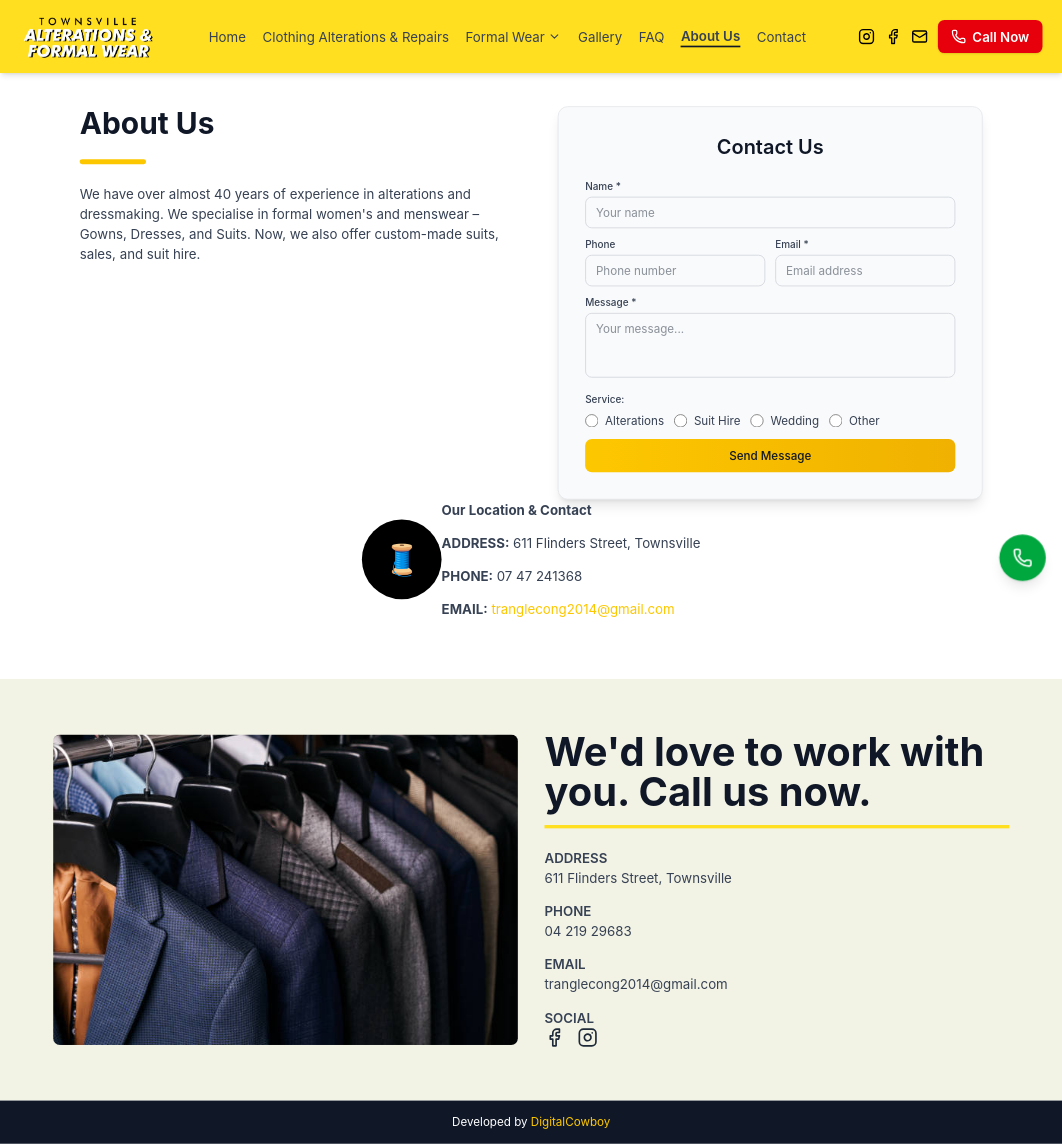
Repository: tarekhasan1/townsville-alteration
Page: /about-us
The author's editor kept a copy of each file at every save. The page is drawn from the files as they stood at one save, then again after the next save.
The browser window is 1280 px wide. The pictures show the whole page, at 83% of full size.
The page's requests for data from a server got no answer. The project was rebuilt for these pictures with package versions that can differ from the ones it lists, and the page was loaded fresh each time. The framework's server and built-in components were replaced by stand-ins that run in the browser. No one was signed in, and anything a server would have sent is missing. Also part of the build but not shown: next.config.ts.

Above is the page before, as saved 2026-01-31 15:59:13.

### src/app/layout.tsx
import type { Metadata } from "next";
import Script from "next/script";
import "./globals.css";
import LayoutShell from "@/components/LayoutShell";
import FloatingCallButton from "@/components/FloatingCallButton";
import AnalyticsTracker from "@/components/AnalyticsTracker";

export const metadata: Metadata = {
  title: "Townsville Alterations and Formal Wear | Tailoring, Suit Hire, Alterations",
  description:
    "Townsville Alterations and Formal Wear - Reinvent Your Wardrobe. Hire or tailor-make outfits that turn heads. Expert suit hire, bridal alterations, and tailoring in Townsville.",
  keywords:
    "Townsville Tailoring, Formal Wear Townsville, Suit Hire, Alterations, Wedding Dress Alterations, Custom Tailoring",
  authors: [{ name: "Townsville Alterations & Formal Wear" }],
  creator: "Townsville Alterations & Formal Wear",
  publisher: "Townsville Alterations & Formal Wear",
  robots: "index, follow",
  icons: "/logo.png",
};

export default function RootLayout({
  children,
}: {
  children: React.ReactNode;
}) {
  return (
    <html lang="en">
      <head>
        {/* Google Tag Manager */}
        <Script
          id="gtm-script"
          strategy="afterInteractive"
          dangerouslySetInnerHTML={{
            __html: `
              (function(w,d,s,l,i){w[l]=w[l]||[];
              w[l].push({'gtm.start': new Date().getTime(),event:'gtm.js'});
              var f=d.getElementsByTagName(s)[0],
              j=d.createElement(s),dl=l!='dataLayer'?'&l='+l:'';
              j.async=true;j.src=
              'https://www.googletagmanager.com/gtm.js?id='+i+dl;
              f.parentNode.insertBefore(j,f);
              })(window,document,'script','dataLayer','GTM-WH7KD8GK');
            `,
          }}
        />
        {/* End Google Tag Manager */}
      </head>

      <body>
        {/* Google Tag Manager (noscript) */}
        <noscript>
          <iframe
            src="https://www.googletagmanager.com/ns.html?id=GTM-WH7KD8GK"
            height="0"
            width="0"
            style={{ display: "none", visibility: "hidden" }}
          />
        </noscript>
        {/* End Google Tag Manager (noscript) */}
        <AnalyticsTracker />

        <LayoutShell>{children}</LayoutShell>

        {/* Global Floating Call Button */}
        <FloatingCallButton />
      </body>
    </html>
  );
}

### src/app/about-us/page.tsx
import AboutUsSection from '@/components/AboutUsSection';
import React from 'react';

const page = () => {
    return (
        <div className='pt-[80px]'>
            <AboutUsSection/>
        </div>
    );
};

export default page;

### src/app/globals.css
@import "tailwindcss";

:root {
  --background: #ffffff;
  --foreground: #171717;
}

body {
  font-family: 'Inter', sans-serif;
  margin: 0;
  padding: 0;
}

### src/components/LayoutShell.tsx
// components/LayoutShell.tsx
'use client';

import { usePathname } from 'next/navigation';
import Navbar from '@/components/Navbar';
import ContactSection from '@/components/ContactSection';
import DevelopedBy from '@/components/DevelopedBy';

export default function LayoutShell({ children }: { children: React.ReactNode }) {
  const pathname = usePathname();
  const isAdminRoute = pathname.startsWith('/admin');

  return (
    <>
      {!isAdminRoute && <Navbar />}
      {children}
      {!isAdminRoute && (
        <>
          <ContactSection />
          <DevelopedBy />
        </>
      )}
    </>
  );
}

### src/components/FloatingCallButton.tsx
'use client';

import { Phone } from 'lucide-react';

export default function FloatingCallButton() {
  return (
    <a
      href="tel:0421929683" // <-- replace with real number
      aria-label="Call us now"
      className="
        fixed
        bottom-5
        right-5
        z-50
        flex
        items-center
        justify-center
        w-14
        h-14
        rounded-full
        bg-green-600
        text-white
        shadow-lg
        hover:bg-green-700
        active:scale-95
        transition
      "
    >
      <Phone className="w-6 h-6" />
    </a>
  );
}

### src/components/AnalyticsTracker.tsx
/* eslint-disable @typescript-eslint/no-explicit-any */
"use client";

import { usePathname } from "next/navigation";
import { useEffect } from "react";

declare global {
  interface Window {
    dataLayer: any[];
  }
}

export default function AnalyticsTracker() {
  const pathname = usePathname();

  useEffect(() => {
    if (typeof window === "undefined") return;
    if (!window.dataLayer) return;

    window.dataLayer.push({
      event: "pageview",
      page_path: pathname,
    });
  }, [pathname]);

  return null;
}

### src/components/AboutUsSection.tsx
/* eslint-disable react/no-unescaped-entities */
'use client';

import ContactForm from '@/components/ContactForm'; // Import the form

export default function AboutUsSection() {
    return (
        <section className="bg-white py-12 px-6 md:px-12 lg:px-24 text-gray-800">
            <div className="max-w-7xl mx-auto">
                <div className="flex flex-col lg:flex-row gap-10 lg:gap-16 items-start">
                    {/* Left Column - About Us Content */}
                    <div className="lg:w-1/2">
                        <div className="text-center lg:text-left">
                            <h2 className="text-3xl md:text-4xl font-bold text-gray-900 mb-4">About Us</h2>
                            <hr className="w-20 border-yellow-400 border-[3px] lg:mx-0 my-6 rounded-full mx-auto" />
                            <p className="text-gray-700 mb-6">
                                We have over almost 40 years of experience in alterations and dressmaking. We specialise in formal
                                women's and menswear – Gowns, Dresses, and Suits. Now, we also offer custom-made suits, sales, and suit hire.
                            </p>
                        </div>
                    </div>

                    {/* Right Column - Contact Form */}
                    <div className="lg:w-1/2 flex items-center justify-center w-full">
                        <div className="bg-gray-50 p-6 md:p-8 rounded-xl shadow-lg border border-gray-200">
                            <ContactForm />
                        </div>
                    </div>
                </div>
                <div className='flex items-center w-full justify-center mx-auto mb-6'>
                    <div className="flex lg:justify-start justify-center">
                                <div className="w-24 h-24 bg-black rounded-full flex items-center justify-center">
                                    <span className="text-white text-4xl">🧵</span>
                                </div>
                            </div>

                            <div className="text-gray-700 space-y-4">
                                <h3 className="font-bold">Our Location & Contact</h3>
                                <p><strong>ADDRESS:</strong> 611 Flinders Street, Townsville</p>
                                <p><strong>PHONE:</strong> 07 47 241368</p>
                                <a href='mailto:tranglecong2014@gmail.com' className="block hover:text-yellow-600 transition-colors">
                                    <strong>EMAIL:</strong> <span className="text-yellow-400">tranglecong2014@gmail.com</span>
                                </a>
                            </div>
                </div>
            </div>
        </section>
    );
}

### src/components/ContactSection.tsx
'use client';

import Image from 'next/image';
import { Facebook, Instagram } from 'lucide-react';

export default function ContactSection() {
  return (
    <footer
      id="contact"
      aria-labelledby="contact-us"
      className="bg-[#f2f2e5] p-8 md:p-12 lg:p-16"
    >
      <div className="mx-auto grid grid-cols-1 md:grid-cols-2 gap-8 items-center">
        <div className="w-full h-auto relative">
          <Image
            src="/tailored-suit.jpg"
            alt="Tailored suits on hangers"
            width={600}
            height={400}
            className="rounded-lg"
            priority
          />
        </div>
        <div className="space-y-6 text-center md:text-left">
          <h2
            id="contact-us"
            className="text-4xl md:text-5xl font-bold text-gray-900 mb-4"
          >
            We&apos;d love to work with you. Call us now.
          </h2>
          <hr className="border-yellow-300 border-[2px]" />
          <div className="space-y-4 text-gray-700">
            <div>
              <h3 className="font-semibold">ADDRESS</h3>
              <p>611 Flinders Street, Townsville</p>
            </div>
            <div>
              <h3 className="font-semibold">PHONE</h3>
              <p>04 219 29683</p>
            </div>
            <div>
              <h3 className="font-semibold">EMAIL</h3>
              <p>
                <a
                  href="mailto:tranglecong2014@gmail.com"
                  className="hover:text-gray-600"
                  aria-label="Email us at sales@tsvalterationsandformalwear.com"
                >
                  tranglecong2014@gmail.com
                </a>
              </p>
            </div>
            <div>
              <h3 className="font-semibold">SOCIAL</h3>
              <div className="flex justify-center md:justify-start space-x-4 text-xl">
                <a
                  target="_blank"
                  href="https://www.facebook.com/DressmakingAlterationsTownsville"
                  aria-label="Facebook - Townsville Alterations and Formal Wear"
                  className="text-gray-800 hover:text-gray-600"
                >
                  <Facebook size={24} />
                </a>
                <a
                  target="_blank"
                  href="https://www.instagram.com/tsvalterationformal?igsh=bXJkaXp3eXN4Yml2"
                  aria-label="Instagram - Townsville Alterations and Formal Wear"
                  className="text-gray-800 hover:text-gray-600"
                >
                  <Instagram size={24} />
                </a>
              </div>
            </div>
          </div>
        </div>
      </div>
    </footer>
  );
}

### src/components/DevelopedBy.tsx
// components/DevelopedBy.js

import React from 'react';

const DevelopedBy = () => {
  return (
    <footer className="bg-gray-900 text-white text-center py-4">
      <p className="text-sm">
        Developed by{' '}
        <a
          href="https://digitalcowboy.com.au"
          className="text-yellow-400 hover:underline"
          target="_blank"
          rel="noopener noreferrer"
        >
          DigitalCowboy
        </a>
      </p>
    </footer>
  );
};

export default DevelopedBy;

### actions/contact.action.ts
/* eslint-disable @typescript-eslint/no-explicit-any */
/* eslint-disable @typescript-eslint/no-unused-vars */
// lib/contact.actions.ts
'use client';

import {
  collection,
  addDoc,
  getDocs,
  query,
  orderBy,
  where,
  Timestamp,
  updateDoc,
  doc,
  deleteDoc,
  DocumentData,
  QuerySnapshot,
  QueryDocumentSnapshot
} from "firebase/firestore";
import { db } from "@/firebase/config";

export interface ContactMessage {
  id?: string;
  name: string;
  email: string;
  phone: string;
  message: string;
  service?: string;
  status: 'new' | 'responded' | 'archived';
  createdAt: Date;
  respondedAt?: Date;
  adminNotes?: string;
  adminResponder?: string;
}

export interface SubmitContactFormData {
  name: string;
  email: string;
  phone: string;
  message: string;
  service?: string;
}

export interface SubmitResult {
  success: boolean;
  messageId?: string;
  error?: string;
}

export interface FetchMessagesResult {
  messages: ContactMessage[];
  total: number;
}

export interface UpdateMessageData {
  status?: 'new' | 'responded' | 'archived';
  adminNotes?: string;
  adminResponder?: string;
}

// Submit contact form data to database
export const submitContactForm = async (data: SubmitContactFormData): Promise<SubmitResult> => {
  try {
    const messagesRef = collection(db, 'messages');

    const messageData = {
      name: data.name.trim(),
      email: data.email.trim(),
      phone: data.phone?.trim() || '',
      message: data.message.trim(),
      service: data.service?.toLowerCase() || '',
      status: 'new' as const,
      createdAt: Timestamp.now(),
      respondedAt: null,
      adminNotes: '',
      adminResponder: ''
    };

    const docRef = await addDoc(messagesRef, messageData);

    return {
      success: true,
      messageId: docRef.id
    };
  } catch (error) {
    console.error('Error submitting contact form:', error);
    return {
      success: false,
      error: error instanceof Error ? error.message : 'Failed to submit form'
    };
  }
};

// Fetch all messages with optional filtering and sorting
export const fetchMessages = async (
  status?: ContactMessage['status'],
  limit?: number,
  sortBy: 'createdAt' | 'name' = 'createdAt',
  sortOrder: 'asc' | 'desc' = 'desc'
): Promise<FetchMessagesResult> => {
  try {
    const messagesRef = collection(db, 'messages');
    let q = query(messagesRef, orderBy(sortBy, sortOrder));

    if (status) {
      q = query(messagesRef, where('status', '==', status), orderBy(sortBy, sortOrder));
    }

    const snapshot = await getDocs(q);
    let messages = snapshot.docs.map(doc => {
      const data = doc.data();
      return {
        id: doc.id,
        name: data.name,
        email: data.email,
        phone: data.phone,
        message: data.message,
        service: data.service,
        status: data.status,
        createdAt: data.createdAt?.toDate() || new Date(),
        respondedAt: data.respondedAt?.toDate(),
        adminNotes: data.adminNotes,
        adminResponder: data.adminResponder
      };
    });

    if (limit) {
      messages = messages.slice(0, limit);
    }

    return {
      messages,
      total: snapshot.size
    };
  } catch (error) {
    console.error('Error fetching messages:', error);
    throw new Error('Failed to fetch messages');
  }
};

// Fetch a single message by ID
export const fetchMessageById = async (id: string): Promise<ContactMessage | null> => {
  try {
    const messagesRef = collection(db, 'messages');
    const q = query(messagesRef, where('__name__', '==', id));
    const snapshot = await getDocs(q);

    if (snapshot.empty) {
      return null;
    }

    const doc = snapshot.docs[0];
    const data = doc.data();

    return {
      id: doc.id,
      name: data.name,
      email: data.email,
      phone: data.phone,
      message: data.message,
      service: data.service,
      status: data.status,
      createdAt: data.createdAt?.toDate() || new Date(),
      respondedAt: data.respondedAt?.toDate(),
      adminNotes: data.adminNotes,
      adminResponder: data.adminResponder
    };
  } catch (error) {
    console.error('Error fetching message:', error);
    throw new Error('Failed to fetch message');
  }
};

// Update message (admin response)
export const updateMessage = async (
  messageId: string,
  updateData: UpdateMessageData
): Promise<boolean> => {
  try {
    const messageRef = doc(db, 'messages', messageId);

    const updateObject: any = {};

    if (updateData.status) {
      updateObject.status = updateData.status;
      if (updateData.status === 'responded') {
        updateObject.respondedAt = Timestamp.now();
      }
    }

    if (updateData.adminNotes !== undefined) {
      updateObject.adminNotes = updateData.adminNotes;
    }

    if (updateData.adminResponder !== undefined) {
      updateObject.adminResponder = updateData.adminResponder;
    }

    await updateDoc(messageRef, updateObject);
    return true;
  } catch (error) {
    console.error('Error updating message:', error);
    throw new Error('Failed to update message');
  }
};

// Mark message as responded
export const markAsResponded = async (
  messageId: string,
  adminName: string,
  adminNotes?: string
): Promise<boolean> => {
  try {
    const messageRef = doc(db, 'messages', messageId);

    await updateDoc(messageRef, {
      status: 'responded',
      respondedAt: Timestamp.now(),
      adminResponder: adminName,
      adminNotes: adminNotes || ''
    });

    return true;
  } catch (error) {
    console.error('Error marking message as responded:', error);
    throw new Error('Failed to mark message as responded');
  }
};

// Delete message
export const deleteMessage = async (messageId: string): Promise<boolean> => {
  try {
    const messageRef = doc(db, 'messages', messageId);
    await deleteDoc(messageRef);
    return true;
  } catch (error) {
    console.error('Error deleting message:', error);
    throw new Error('Failed to delete message');
  }
};

// Archive message
export const archiveMessage = async (messageId: string): Promise<boolean> => {
  try {
    return await updateMessage(messageId, { status: 'archived' });
  } catch (error) {
    console.error('Error archiving message:', error);
    throw new Error('Failed to archive message');
  }
};

// Get message statistics
export const getMessageStats = async (): Promise<{
  total: number;
  new: number;
  responded: number;
  archived: number;
}> => {
  try {
    const messagesRef = collection(db, 'messages');
    const snapshot = await getDocs(messagesRef);

    const stats = {
      total: 0,
      new: 0,
      responded: 0,
      archived: 0
    };

    snapshot.forEach(doc => {
      const data = doc.data();
      stats.total++;

      switch (data.status) {
        case 'new':
          stats.new++;
          break;
        case 'responded':
          stats.responded++;
          break;
        case 'archived':
          stats.archived++;
          break;
      }
    });

    return stats;
  } catch (error) {
    console.error('Error fetching message stats:', error);
    throw new Error('Failed to fetch message statistics');
  }
};

// Search messages by name or email
export const searchMessages = async (searchTerm: string): Promise<ContactMessage[]> => {
  try {
    // Note: Firestore doesn't support OR queries directly with different fields
    // We'll fetch all and filter client-side for small datasets
    // For larger datasets, consider using a search index like Algolia

    const messagesRef = collection(db, 'messages');
    const snapshot = await getDocs(messagesRef);

    const searchLower = searchTerm.toLowerCase();

    const messages = snapshot.docs
      .map(doc => {
        const data = doc.data();
        return {
          id: doc.id,
          name: data.name,
          email: data.email,
          phone: data.phone,
          message: data.message,
          service: data.service,
          status: data.status,
          createdAt: data.createdAt?.toDate() || new Date(),
          respondedAt: data.respondedAt?.toDate(),
          adminNotes: data.adminNotes,
          adminResponder: data.adminResponder
        };
      })
      .filter(message =>
        message.name.toLowerCase().includes(searchLower) ||
        message.email.toLowerCase().includes(searchLower) ||
        message.message.toLowerCase().includes(searchLower)
      );

    return messages;
  } catch (error) {
    console.error('Error searching messages:', error);
    throw new Error('Failed to search messages');
  }
};

### src/firebase/config.ts
// Import the functions you need from the SDKs you need
import { initializeApp } from "firebase/app";
import { getFirestore } from 'firebase/firestore';
import { getStorage } from 'firebase/storage';
// TODO: Add SDKs for Firebase products that you want to use
// https://firebase.google.com/docs/web/setup#available-libraries

// Your web app's Firebase configuration
const firebaseConfig = {
  apiKey: process.env.NEXT_PUBLIC_FIREBASE_API_KEY,
  authDomain: process.env.NEXT_PUBLIC_FIREBASE_AUTH_DOMAIN,
  projectId: process.env.NEXT_PUBLIC_FIREBASE_PROJECT_ID,
  storageBucket: process.env.NEXT_PUBLIC_FIREBASE_STORAGE_BUCKET,
  messagingSenderId: process.env.NEXT_PUBLIC_FIREBASE_MESSAGING_SENDER_ID,
  appId: process.env.NEXT_PUBLIC_FIREBASE_APP_ID
};

// Initialize Firebase
const app = initializeApp(firebaseConfig);
export const db = getFirestore(app);
export const storage = getStorage(app);

Loaded but not shown: src/components/ContactForm.tsx (255 lines, source omitted); src/components/Navbar.tsx (201 lines, source omitted)

After the next save:
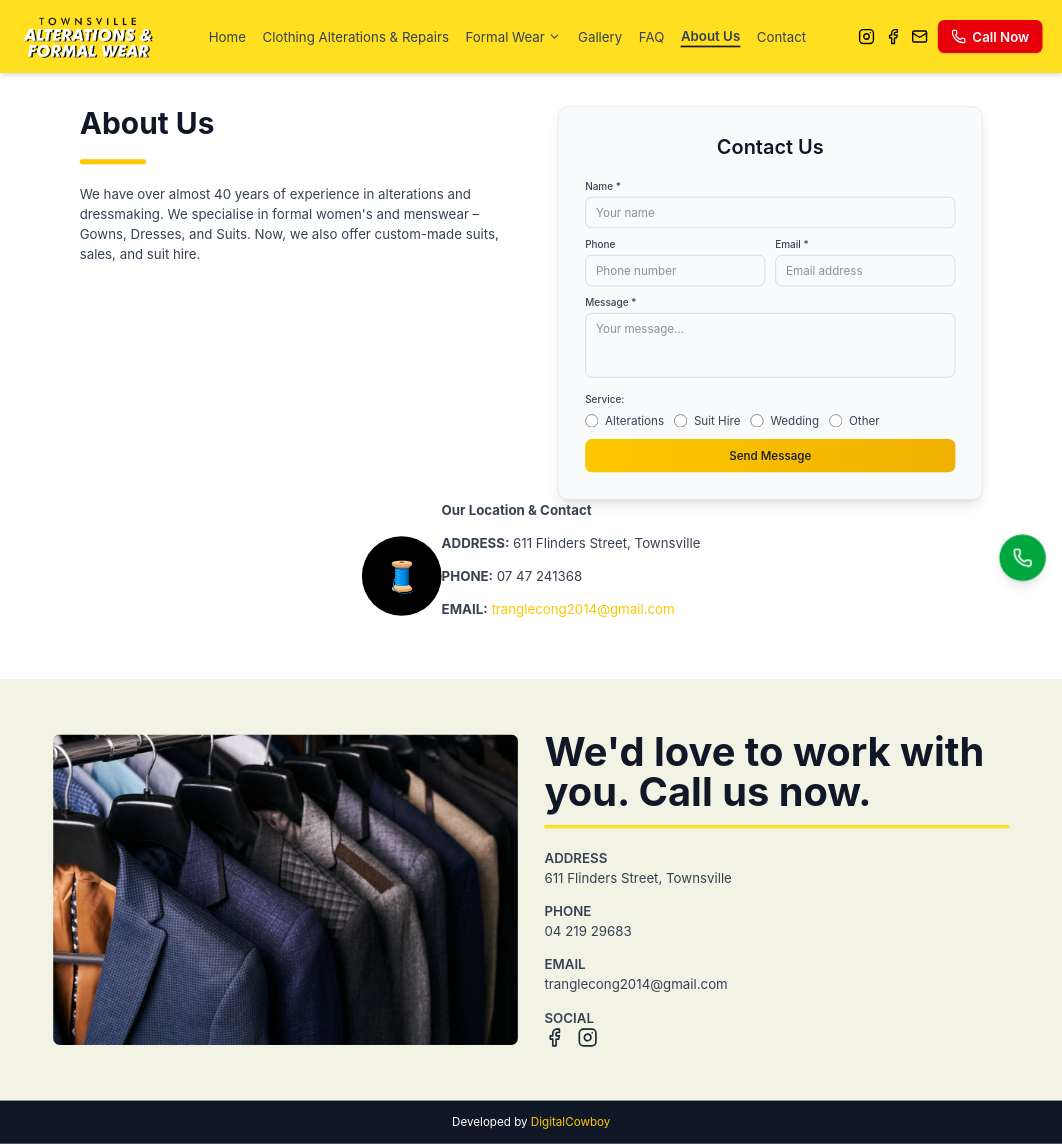
Saved 12 s later.
--- a/src/components/AboutUsSection.tsx
+++ b/src/components/AboutUsSection.tsx
@@ -29,7 +29,7 @@ export default function AboutUsSection() {
                 </div>
                 <div className='flex items-center w-full justify-center mx-auto mb-6'>
                     <div className="flex lg:justify-start justify-center">
-                                <div className="w-24 h-24 bg-black rounded-full flex items-center justify-center">
+                                <div className="w-24 h-24 bg-black rounded-full flex items-center justify-center mt-10">
                                     <span className="text-white text-4xl">🧵</span>
                                 </div>
                             </div>
